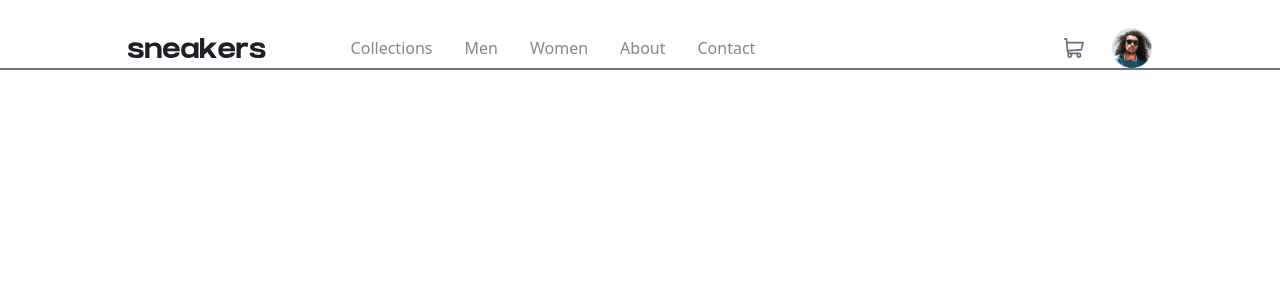
Repository: Sef24/product-design-sneakers
Page: /
These files come from the project's save history. The page is drawn as it stood at one moment and after the next save; the edit follows.
The browser window is 1280 px wide. The pictures show the whole page.
The project was rebuilt for these pictures with package versions that can differ from the ones it lists, and the page was loaded fresh each time.

Above is the page before, as saved 2022-06-11 21:24:13.

After the next save:
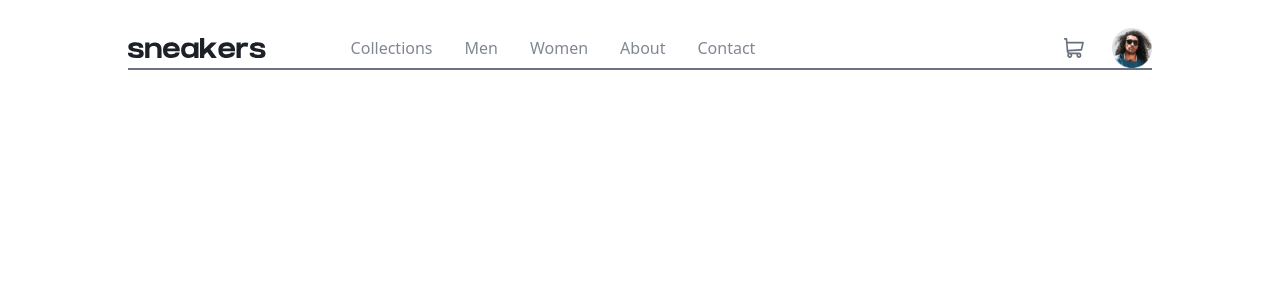
Saved 6 s later.
--- a/src/components/Nav.js
+++ b/src/components/Nav.js
@@ -6,7 +6,7 @@
 function Nav() {
   return (
     <main
-      className="flex items-center justify-between px-32 pt-7
+      className="flex items-center justify-between mx-32 pt-7
     border-b-2 border-gray-500"
     >
       <div>
